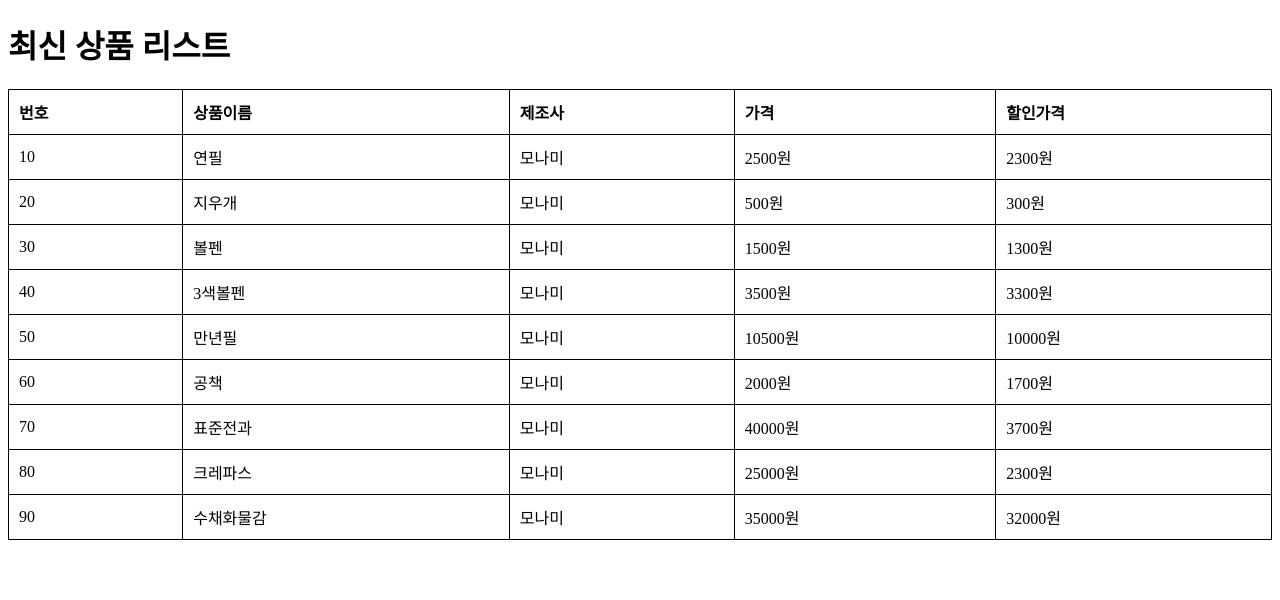
Repository: benpark0613/basic
Page: http://localhost/sample/product/list.jsp
These files come from the project's save history. The page is drawn as it stood at one moment and after the next save; the edit follows.
The browser window is 1280 px wide. The pictures show the whole page.
The page is served by Tomcat 9.

Above is the page before, as saved 2021-11-09 06:48:11.

After the next save:
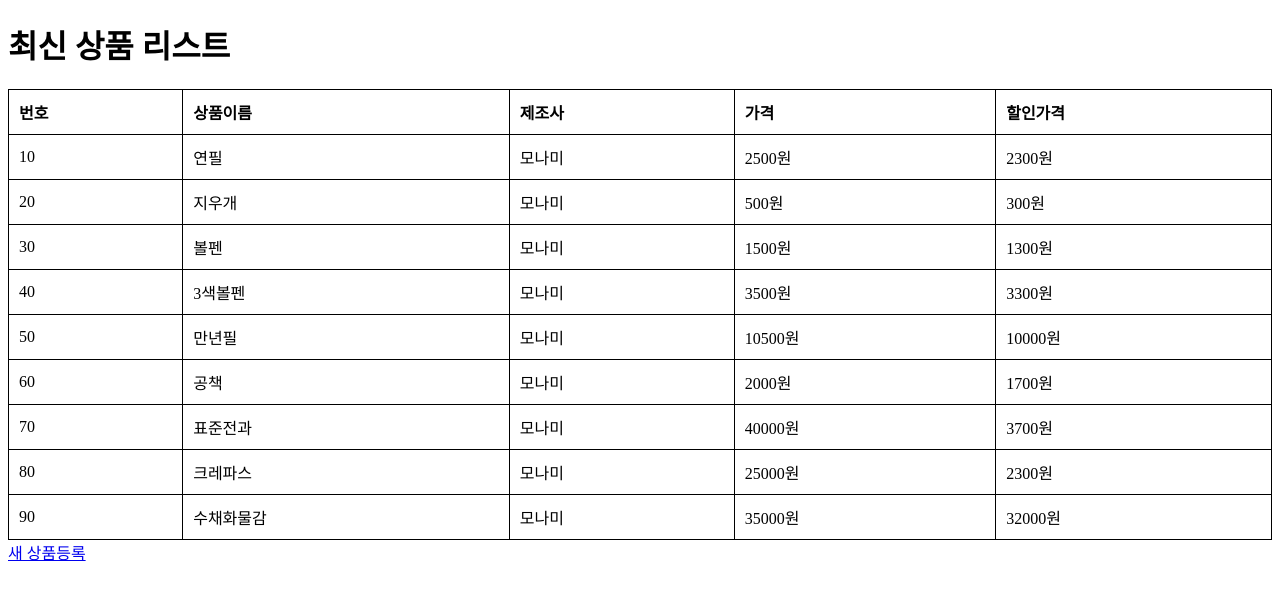
Saved 102 s later.
--- a/HR_app/sample/src/main/webapp/product/list.jsp
+++ b/HR_app/sample/src/main/webapp/product/list.jsp
@@ -62,5 +62,9 @@ th, td {
 	%>
 		</tbody>
 	</table>
+
+	<div>
+		<a href="form.jsp">새 상품등록</a>
+	</div>
 </body>
 </html>
